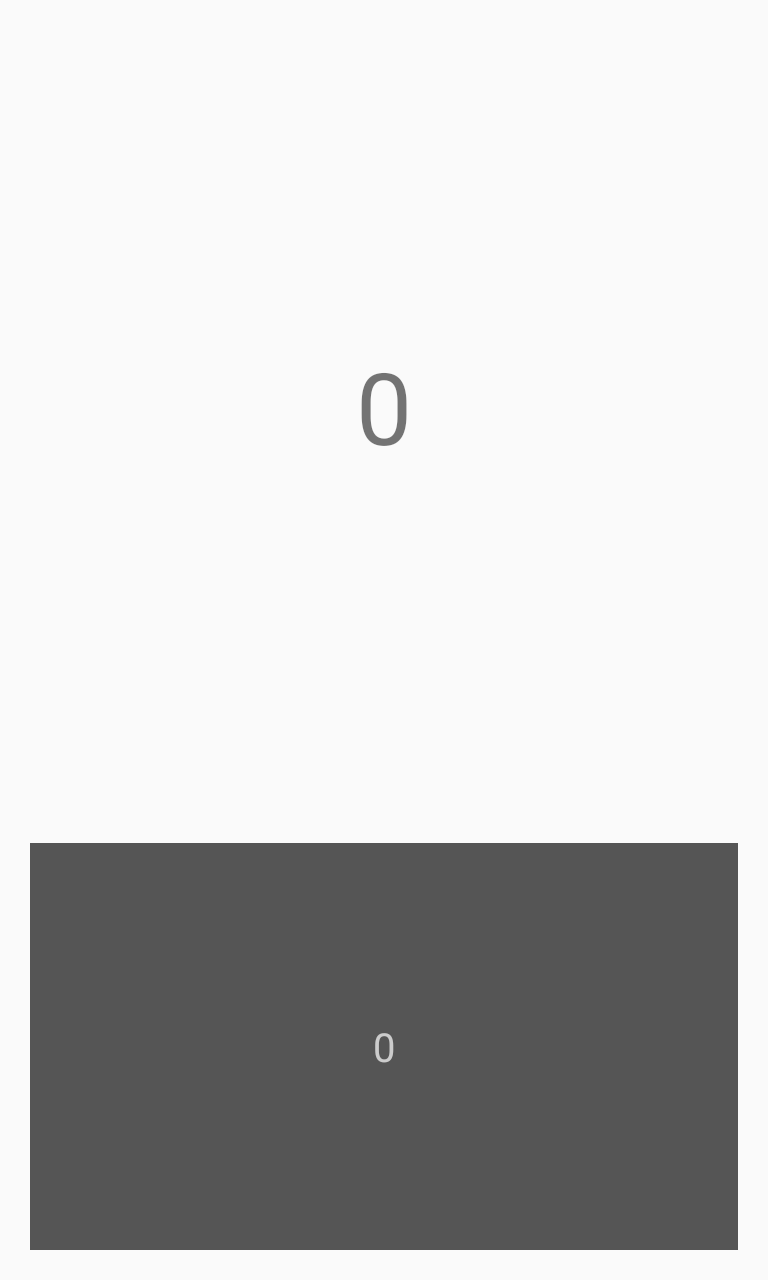
Repository: DaleJulian/Remote-Control
Layout: RemoteControl/res/layout/fragment_remote_control.xml
The author's editor kept a copy of each file at every save. The layout is drawn from the files as they stood at one save, then again after the next save.
It is drawn on a 768 x 1280 px phone screen (xhdpi) without system bars, with theme AppTheme; the app's code is not run.

Above is the layout before, as saved 2015-06-02 06:20:51.

After the next save:
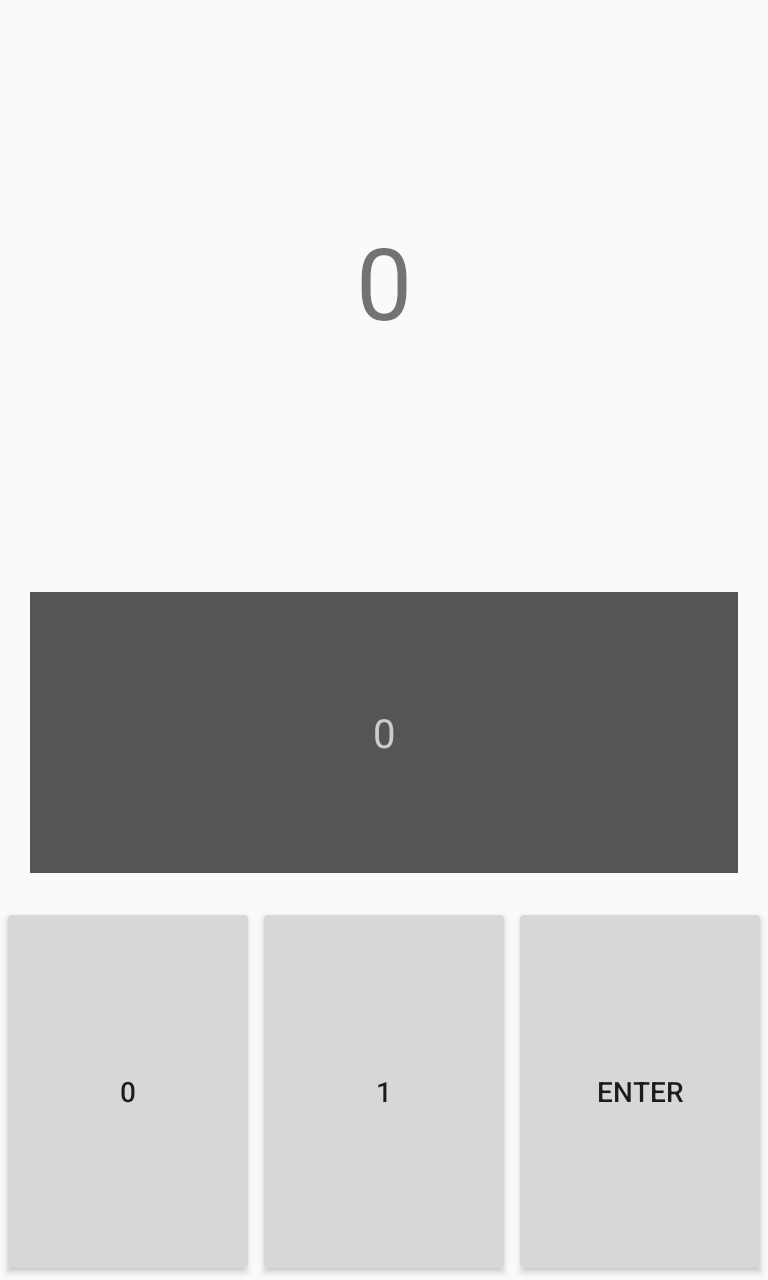
Saved 26 s later.
--- a/RemoteControl/res/layout/fragment_remote_control.xml
+++ b/RemoteControl/res/layout/fragment_remote_control.xml
@@ -26,5 +26,24 @@
 		android:textColor="#cccccc"
 		android:textSize="20dp" />
 
+    <TableRow android:layout_weight="1" >
+		<Button
+			android:id="@+id/fragment_remote_control_zeroButton"
+			android:layout_width="0dp"
+			android:layout_height="match_parent"
+			android:text="0" />
+		<Button
+			android:id="@+id/fragment_remote_control_oneButton"
+			android:layout_width="0dp"
+			android:layout_height="match_parent"
+			android:text="1" />
+		<Button
+			android:id="@+id/fragment_remote_control_enterButton"
+			android:layout_width="0dp"
+			android:layout_height="match_parent"
+			android:text="Enter" />
+	</TableRow>
+
+
 
 </TableLayout>
